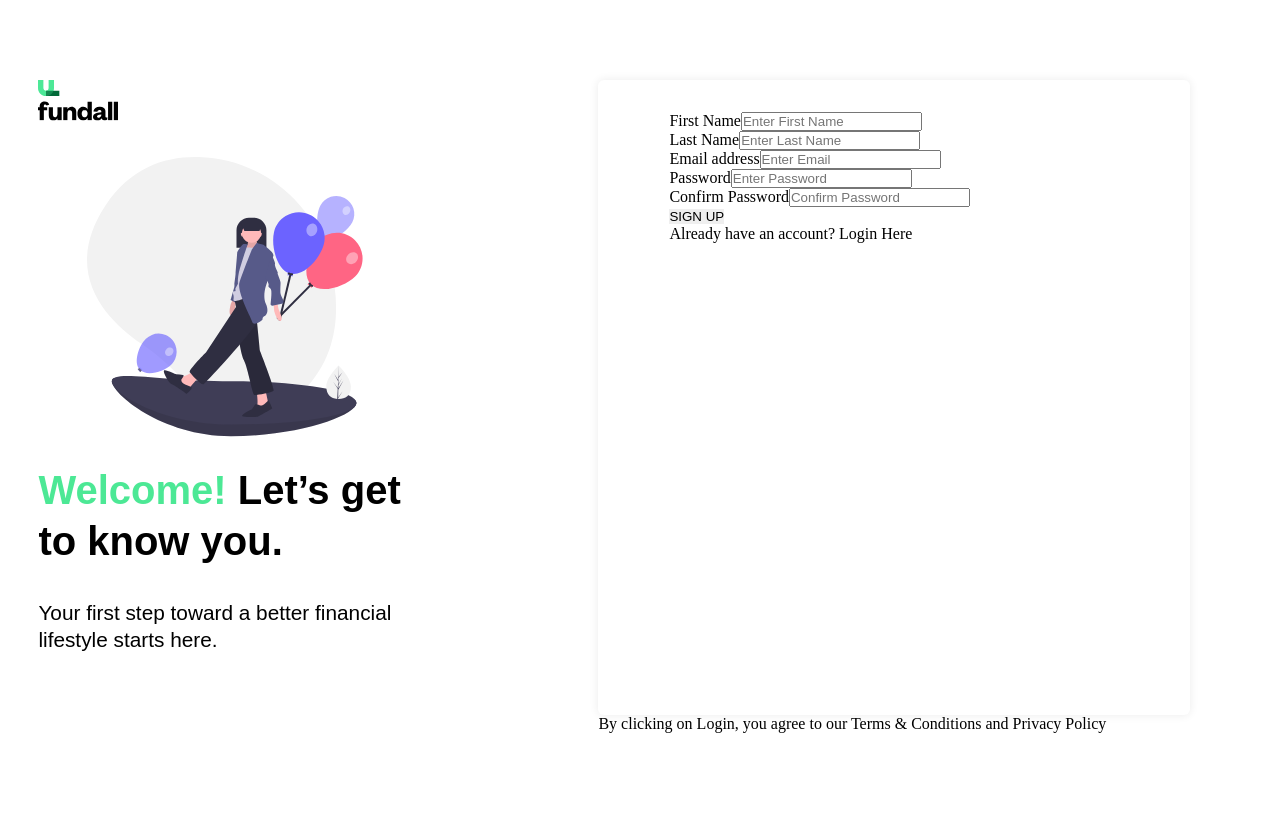
Repository: nilesjamex/niffty
Page: /signup
The author's editor kept a copy of each file at every save. The page is drawn from the files as they stood at one save, then again after the next save.
The browser window is 1280 px wide. The pictures show the whole page.
The project was rebuilt for these pictures with package versions that can differ from the ones it lists, and the page was loaded fresh each time. Also part of the build but not shown: src/components/Nav.vue, src/views/Home.vue.

Above is the page before, as saved 2022-04-16 18:43:56.

### src/main.js
import { createApp } from 'vue'
import App from './App.vue'
import router from './router'
import '@/styles/global.scss'

createApp(App).use(router).mount('#app')

### src/App.vue
<template>

  <router-view/>
</template>
<script>
// @ is an alias to /src

export default {
  components: {
  }
}
</script>
<style lang="scss">


#nav {
  padding: 30px;

  a {
    font-weight: bold;
    color: #2c3e50;

    &.router-link-exact-active {
      color: #42b983;
    }
  }
}
</style>

### src/router/index.js
import { createRouter, createWebHistory } from 'vue-router'
import Home from '../views/Home.vue';
import SignUp from '../views/SignUp.vue'

const routes = [
  {
    path: '/',
    name: 'Home',
    component: Home
  },
  {
    path: '/signup',
    name: 'signup',
    component: SignUp
  }
]

const router = createRouter({
  history: createWebHistory(process.env.BASE_URL),
  routes
})

export default router

### src/styles/global.scss
@import './variables';
@import './mixins.scss';
@import './_typography.scss';
* {
    margin: 0;
    padding: 0;
    box-sizing: border-box;
    max-width: 100vw;
}
@font-face {
    font-family: "CircularStd";
    src: local(CircularStd) url(../fonts/circular-std-medium-500.ttf) format(opentype);
}
button {
    border: none;
    outline: none;
}
a {
    color: inherit;
    text-decoration: none;
}
li {
    list-style: none;
}
.button--signup {
    width: 98.01px;
    height: 42px;
    background: $access-bg;
    border-radius: 10px;
    @include flex(center, center);
    @include access {

    }
}

### src/views/SignUp.vue
<template>
  <section class="signup">
      <div class="signup--box">
          <div class="signup--intro">
              <div class="signup--intro--logo">
                  <img src="@/assets/logo.svg" alt="">
              </div>
              <div class="signup--intro--content">
                  <div class="signup--intro--content--img">
                      <img src="@/assets/girl.svg" alt="">
                  </div>
                  <div class="signup--intro--content--text">
                      <h2>
                          <span>Welcome!</span> Let’s get to know you.
                      </h2>
                      <p>
                          Your first step toward a better financial lifestyle starts here.
                      </p>
                  </div>
              </div>
          </div>
          <!-- form -->
          <div class="signup--form">
              <form action="">
                  <div class="signup--form--container">
                      <div class="signup--form--name--box">
                          <div class="signup--form--name">
                              <label>First Name</label>
                              <input type="text" name="" placeholder="Enter First Name" id="">
                          </div>
                          <div class="signup--form--name">
                              <label>Last Name</label>
                              <input type="text" name="" placeholder="Enter Last Name" id="">
                          </div>
                      </div>
                      <div class="signup--form--input">
                          <label>Email address</label>
                          <input type="email" name="" placeholder="Enter Email" id="">
                      </div>
                      <div class="signup--form--input">
                          <label>Password</label>
                          <input type="password" name="" placeholder="Enter Password" id="">
                      </div>
                      <div class="signup--form--input">
                          <label>Confirm Password</label>
                          <input type="password" name="" placeholder="Confirm Password" id="">
                      </div>
                      <button class="button--submit">
                          SIGN UP
                      </button>
                      <div class="signup--form--login">
                          <p>
                              Already have an account? <span>Login Here</span>
                          </p>
                      </div>
                  </div>
              </form>
               <div class="signup--form--terms">
              <p>
                  By clicking on Login, you agree to our Terms & Conditions and Privacy Policy
              </p>
          </div>
          </div>
      </div>
  </section>
</template>

<script>
export default {

}
</script>

<style lang="scss" scoped>
@import '@/styles/mixins.scss';
@import '@/styles/_variables.scss';
@import '@/styles/_typography.scss';
.signup {
    padding: 5rem 7% 5rem 3%;
}
.signup--box {
    @include flex(space-between,);
}
.signup--intro--content {
    width: 100%;
    margin-top: 2rem;
}
.signup--intro--content {
    text-align: center;
}
.signup--intro--content--text {
    text-align: left;
    h2 {
        width: 369px;
        margin-top: 1.5rem;
        @include heading1 {
        }
        span {
             @include heading1 {
            color: $access-bg;
        }
        }
    }
    p {
        @include caption;
        width: 374px;
        margin-top: 2rem;
    }
}
form {
    background: #FFFFFF;
    box-shadow: 0px 0px 10px rgba(0, 0, 0, 0.082937);
    border-radius: 6px;
    width: 592px;
    height: 635px;
    padding: 2rem 1rem;
}
.signup--form--container {
    margin: 0 auto;
    width: 450px;
}
</style>

### src/styles/_variables.scss
// colors
$access-bg: #4CE895;

### src/styles/mixins.scss
@mixin flex($justify: flex-start, $align: flex-start) {
    display: flex;
    justify-content: $justify;
    align-items: $align;
}

### src/styles/_typography.scss
@mixin access {
    font-family: 'CircularStd', sans-serif;
    font-size: 1.125rem;
    line-height: 23px;
    color: #000000;
    @content;
}
@mixin heading1 {
    font-family: 'CircularStd', sans-serif;
    font-size: 2.5rem;
    line-height: 51px;
    color: #000000;
    @content;
}
@mixin heading2 {
    font-family: 'CircularStd', sans-serif;
    font-size: 1.5rem;
    line-height: 30px;
    color: #000000;
    @content;
}
@mixin caption {
    font-family: 'CircularStd', sans-serif;
    font-size: 1.3rem;
    line-height: 27px;
    color: #000000;
    @content;
}

Loaded but not shown: public/index.html (common file)

After the next save:
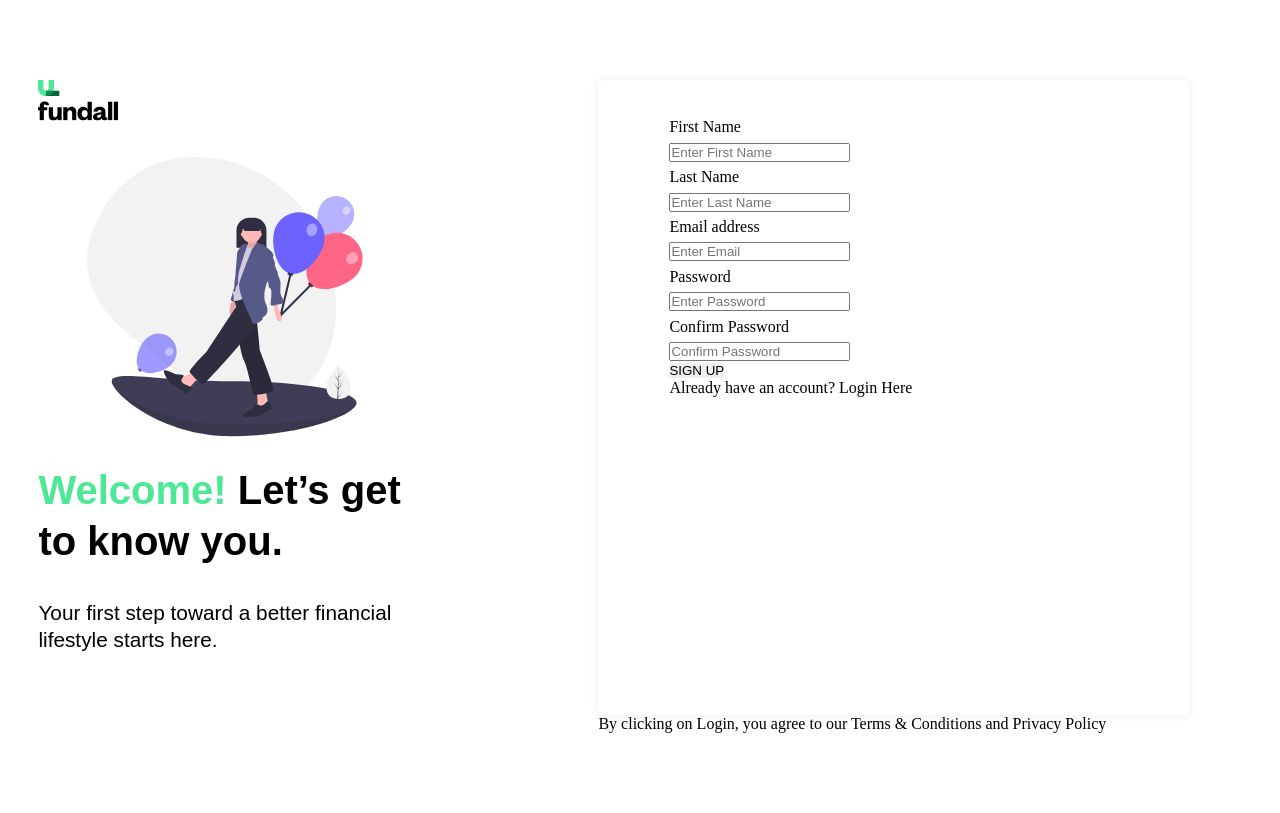
Saved 104 s later.
--- a/src/views/SignUp.vue
+++ b/src/views/SignUp.vue
@@ -119,4 +119,11 @@ form {
     margin: 0 auto;
     width: 450px;
 }
+label {
+    display: block;
+    margin: 0.4rem 0;
+}
+.signup--form--name--box {
+
+}
 </style>
